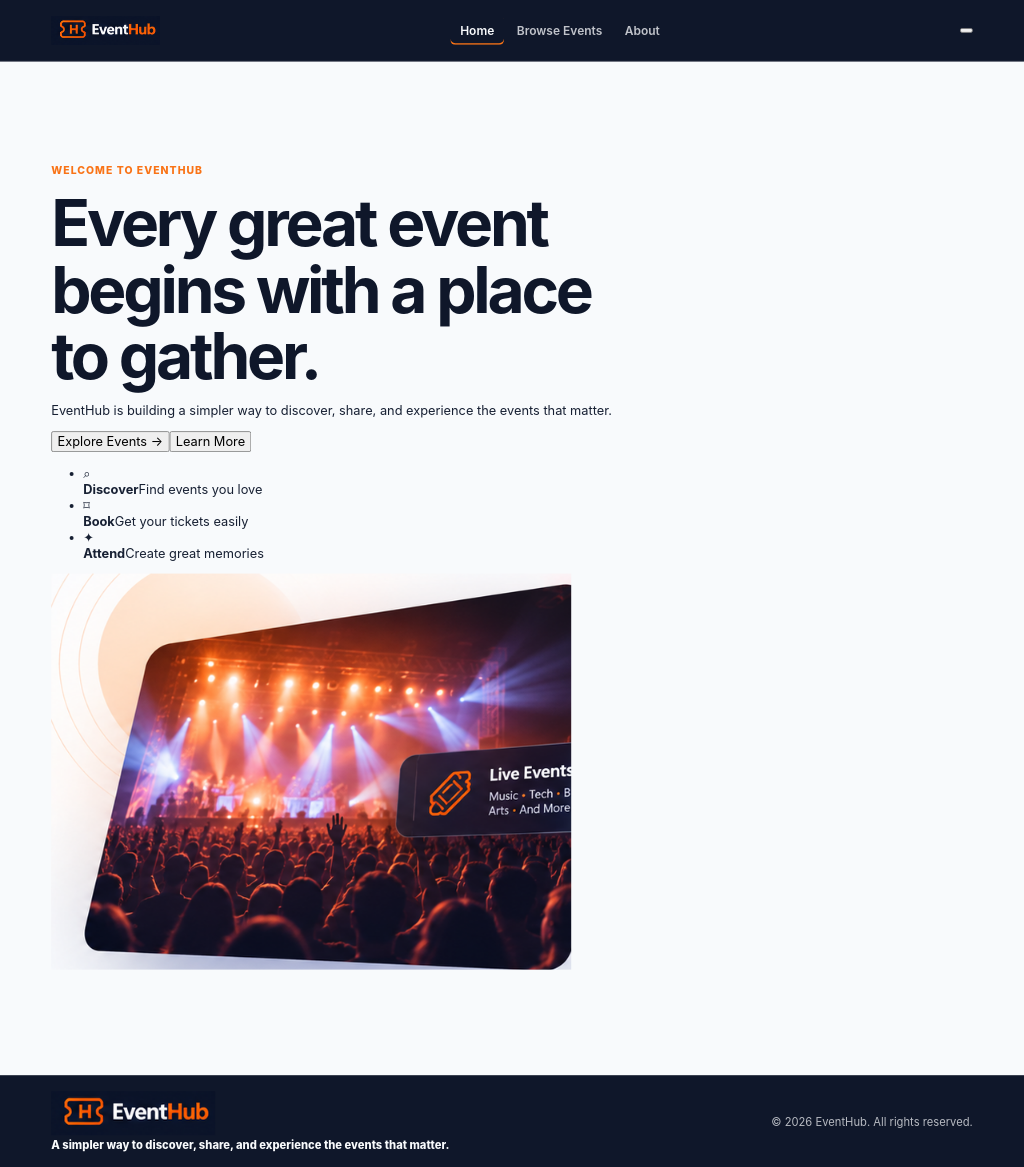
Repository: gemmy404/eventhub-ui
Page: /
These files come from the project's save history. The page is drawn as it stood at one moment and after the next save; the edit follows.
The browser window is 1280 px wide. The pictures show the whole page, at 80% of full size.
The project was rebuilt for these pictures with package versions that can differ from the ones it lists, and the page was loaded fresh each time. Also part of the build but not shown: vite.config.ts, src/pages/NotFoundPage.tsx.

Above is the page before, as saved 2026-08-11 23:35:57.

After the next save:
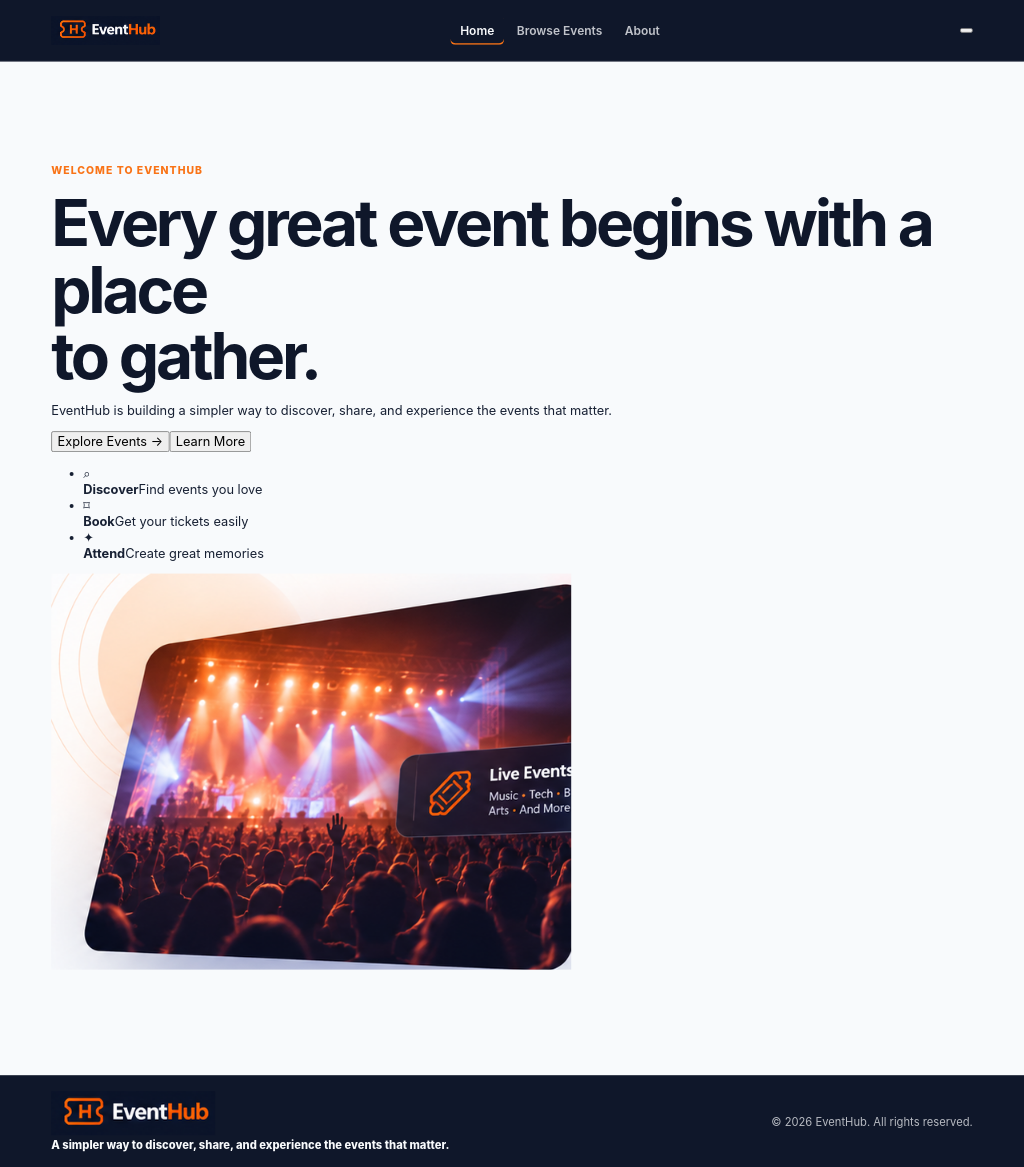
Saved 2 h 12 min later.
--- a/src/pages/HomePage.tsx
+++ b/src/pages/HomePage.tsx
@@ -6,7 +6,7 @@ export function HomePage() {
       <div className="hero__content">
         <p className="eyebrow">Welcome to EventHub</p>
         <h1 id="home-title">
-          Every great event <br />
+          Every great event
           begins with a place <br />
           to <span>gather.</span>
         </h1>
